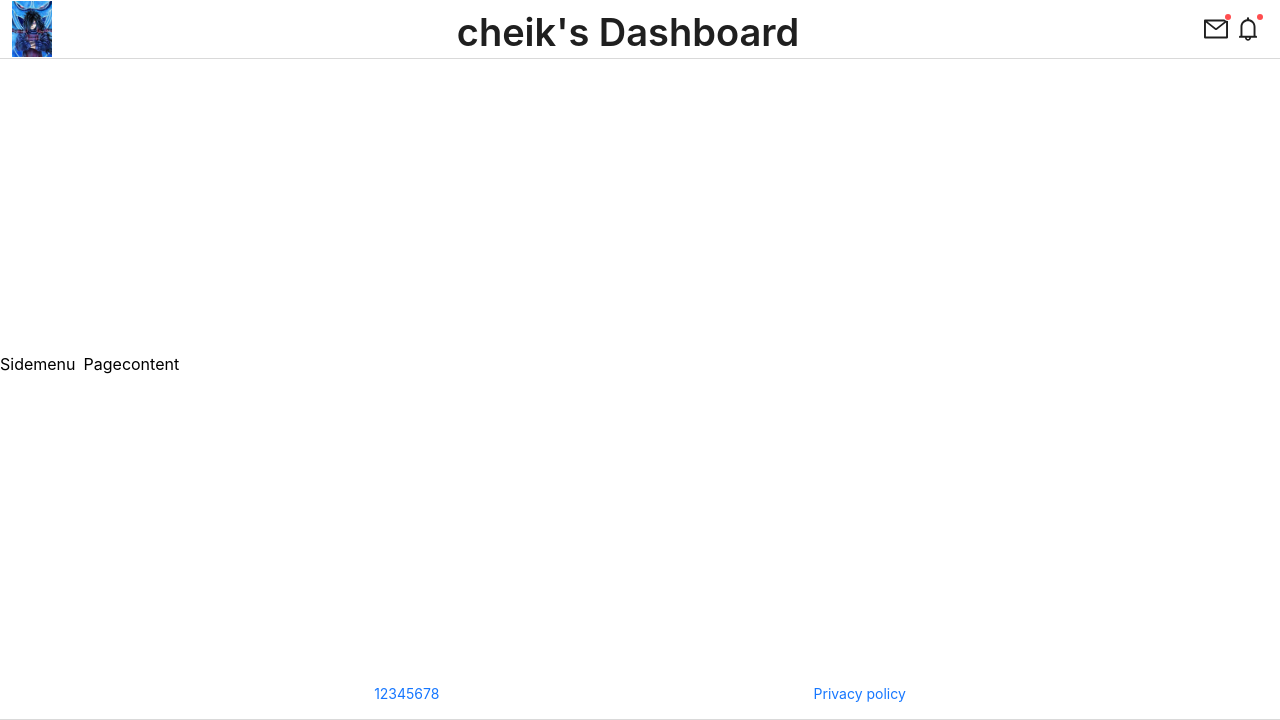
Repository: cheik253/21036
Page: /
An editor plug-in stored every save of this project. The page is shown before and after the next save, followed by the edit.
The browser window is 1280 px wide. The pictures show the whole page.
The project was rebuilt for these pictures with package versions that can differ from the ones it lists, and the page was loaded fresh each time.

Above is the page before, as saved 2024-02-23 00:02:57.

After the next save:
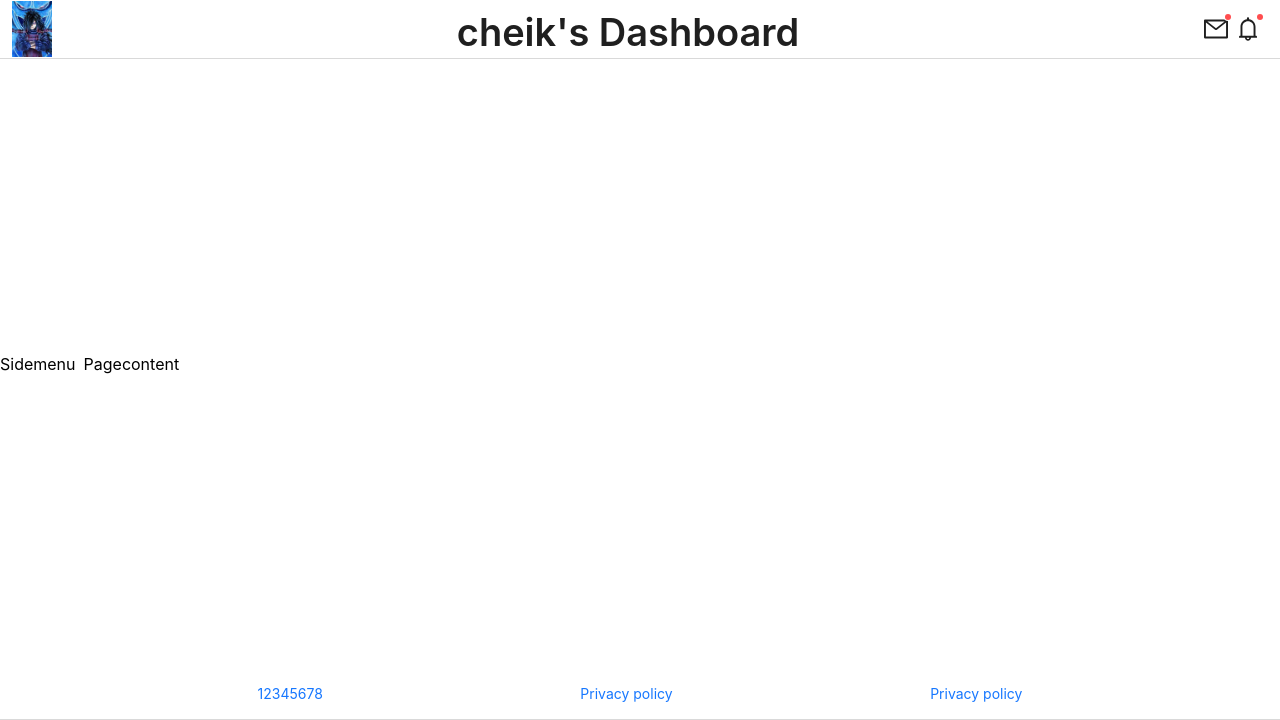
Saved 24 s later.
--- a/src/Components/Appfooter/index.js
+++ b/src/Components/Appfooter/index.js
@@ -9,6 +9,7 @@ export default function Appfooter() {
 
 
 <Typography.Link href='tel:12345678'>12345678</Typography.Link>
+<Typography.Link >Privacy policy</Typography.Link>
 <Typography.Link >Privacy policy</Typography.Link>
 
     </div>
